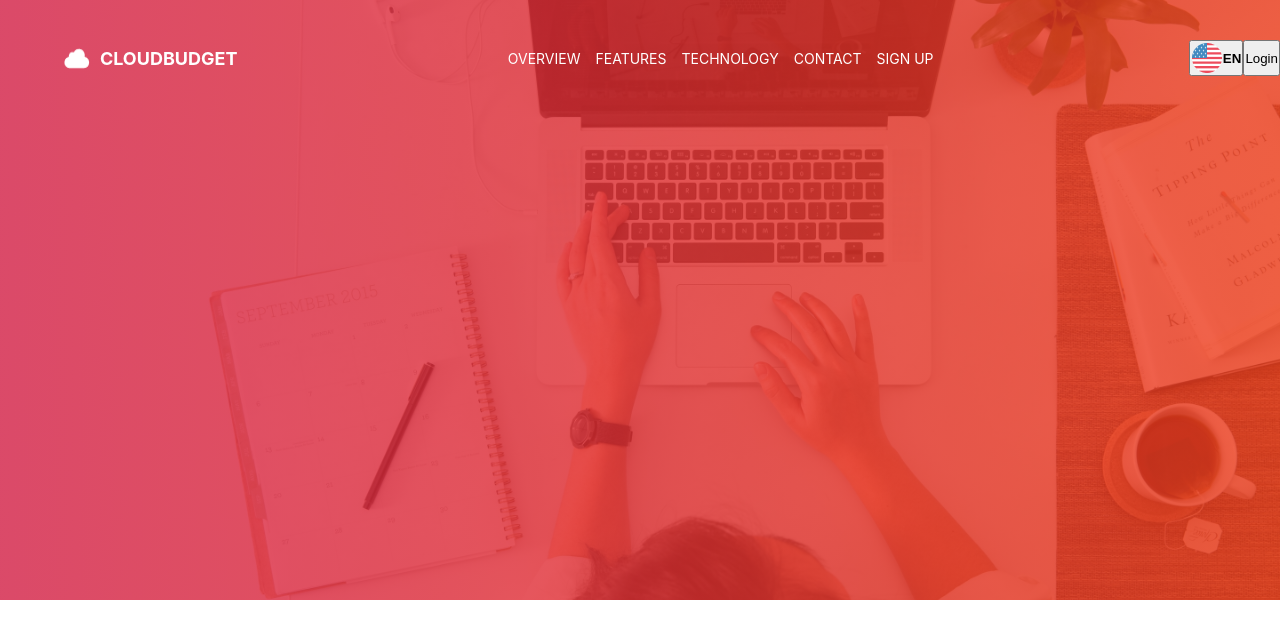
Repository: Ola-22/cloudBudget
Page: /
These files come from the project's save history. The page is drawn as it stood at one moment and after the next save; the edit follows.
The browser window is 1280 px wide. The pictures show the whole page.
The project was rebuilt for these pictures with package versions that can differ from the ones it lists, and the page was loaded fresh each time.

Above is the page before, as saved 2021-09-12 16:05:28.

After the next save:
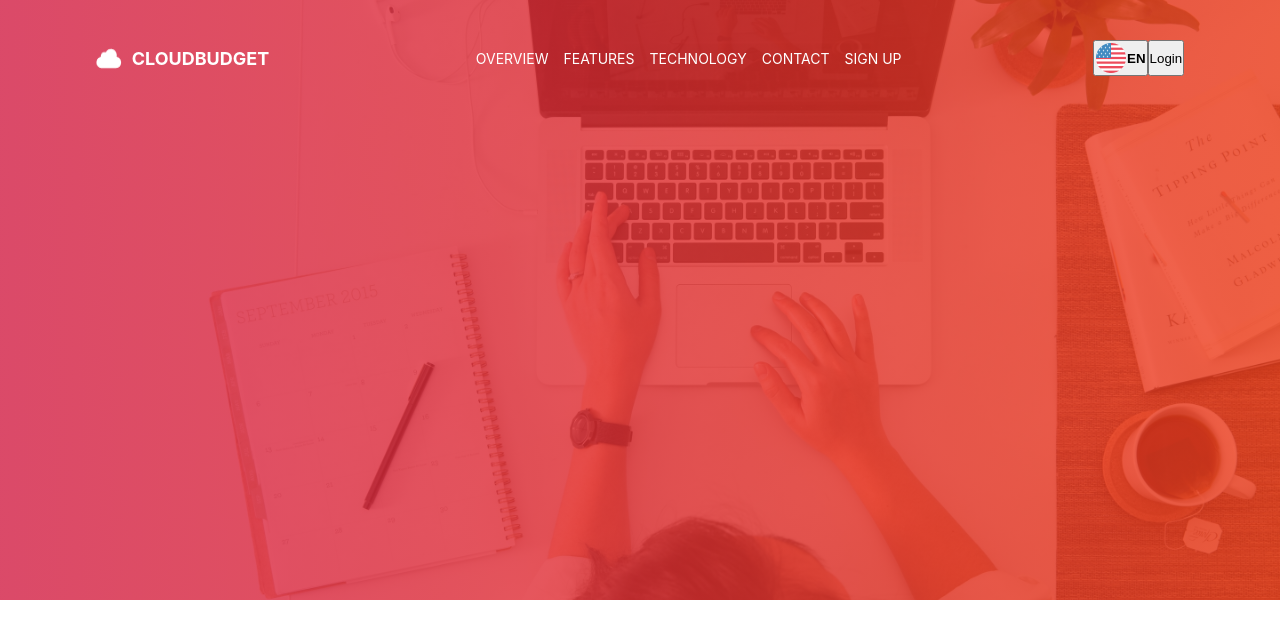
Saved 18 s later.
--- a/src/Components/Navbar/style.scss
+++ b/src/Components/Navbar/style.scss
@@ -1,7 +1,7 @@
 .nav-main{
   display: flex;
   align-items: center;
-  justify-content: space-between;
+  justify-content: space-around;
   padding-top: 40px;
   & >nav{
     display: flex;
@@ -17,7 +17,7 @@
 
 .nav-box{
   display: flex;
-  margin-left: 5%;
+  // margin-left: 5%;
   & > h3{
     font-size: 18px;
     margin-left: 9.9px;
